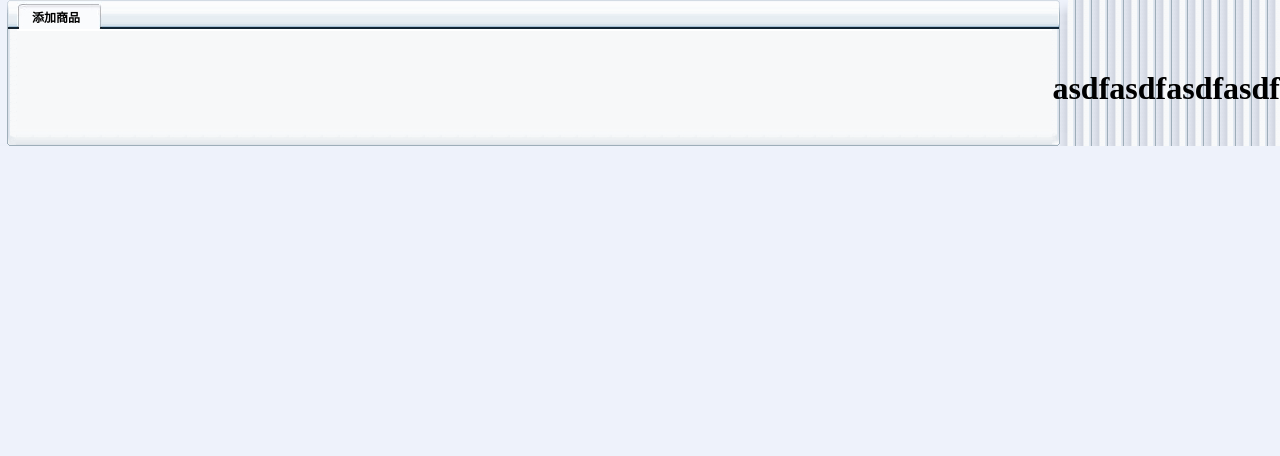
Repository: wzhcxw/shop
Page: ShopOnline/WebContent/admin/editor.html
An editor plug-in stored every save of this project. The page is shown before and after the next save, followed by the edit.
The browser window is 1280 px wide. The pictures show the whole page.

Above is the page before, as saved 2014-09-25 02:23:18.

### ShopOnline/WebContent/admin/editor.html
<link href="../admin/images/skin.css" rel="stylesheet" type="text/css" />
<meta http-equiv="Content-Type" content="text/html; charset=UTF-8" />
<head>
	<script src="../admin/js/ckeditor.js"></script>
	<script  src="../js/jquery-1.7.2.min.js"></script>
	<script  src="../js/jsbase64.js"></script>
	<script  src = "../js/json.js"></script>


	<script>
		var editor, html = '';
		function createEditor() {
			if ( editor ){
				return;
			}

			var config = {};
			editor = CKEDITOR.appendTo( 'editor', config, html );
			pase();
		}

		var editor11 = CKEDITOR.instances.editor;

		function postss(){
			var seconduiid = $("input[name='seconduiid']:checked").val();

			var uiid = $("input[name='whichpage']:checked").val();
	        var titleValue =document.getElementById("title").value;
	        var sortvalue =	document.getElementById("sort").value;
	        var base64 = new Base64();
	        var srccontent = base64.encode(editor.getData());
	        srccontent = srccontent.replace('+', '_');
	        srccontent = srccontent.replace('/', '-');

			var jsonStr = {seconduiid:seconduiid,sort:sortvalue,uiid:uiid,title:titleValue,content:srccontent};
			jsonStr = JSON.stringify(jsonStr);

			var  urll = "";
			if(document.getElementById("button").style.display == 'block'){
				urll = "./news/addnews.do";

			}else{

				urll = "./news/updatanews.do";
			}

		    $.post(urll,jsonStr,
		    function(data){
		      if(data.flag == "0"){
		      	alert(data.message);
		      	document.getElementById("button").style.display="block";
				document.getElementById("buttongengxin").style.display="none";

		      }

		    });

		}

		function urlpser(url){
			url = decodeURIComponent(url);

			var index = url.indexOf("?");
			if(index > 0){
				var jsonstr = url.substr(index+1);

				var news = JSON.parse(jsonstr);
				if(news.title!== null && news.title!=""){
					init(news);


				}
				document.getElementById("button").style.display="none";
				document.getElementById("buttongengxin").style.display="block";
			}
			else{
				document.getElementById("button").style.display="block";
				document.getElementById("buttongengxin").style.display="none";

			}



		}
		function init(news){
			var jsonStr = {seconduiid:"d",sort:"d",uiid:"d",title:news.title,content:"d"};
			jsonStr = JSON.stringify(jsonStr);
			$.post("./news/getnewsbytitle.do",jsonStr,
		    function(data){
		      if(data.flag == "0"){
			        var array = JSON.parse(data.datas);
					if(array.length > 0){

						document.getElementById("title").value = array[0].title;
						document.getElementById("sort").value = array[0].sort;
				        var base64 = new Base64();
				        var srccontent = array[0].content;

				        srccontent = srccontent.replace('_', '+');
	        			srccontent = srccontent.replace('-', '/');
	        			var srccontent = base64.decode(srccontent);

	        			editor.setData( srccontent );
					}
		      }

		    });


		}


		function pase(){
			urlpser(this.location.href);
		}

		function writeSecondMod(obj){
		if(obj.value == 'home')
   			document.getElementById("secondmod").innerHTML = '<body id = "secondemodd">二级模块：<input type="radio" name="seconduiid" value="newss" />新闻中心<input type="radio" name="seconduiid" value="sucessexamples" />成功案例</body>';
		else
			document.getElementById('secondmod').innerHTML = "";
		}
	</script>
</head>
<style type="text/css">
<!--
body {
margin-left: 0px;
margin-top: 0px;
margin-right: 0px;
margin-bottom: 0px;
background-color: #EEF2FB;
}
-->
</style>
<body>
<table width="100%" border="0" cellpadding="0" cellspacing="0">
<tr>
<td width="17" valign="top" background="../admin/images/mail_leftbg.gif"><img src="../admin/images/left-top-right.gif" width="17" height="29" /></td>
<td valign="top" background="../admin/images/content-bg.gif"><table width="100%" height="31" border="0" cellpadding="0" cellspacing="0" class="left_topbg" id="table2">
<tr>
<td height="31"><div class="titlebt">添加商品</div></td>
</tr>
</table></td>
<td width="16" valign="top" background="../admin/images/mail_rightbg.gif"><img src="../admin/images/nav-right-bg.gif" width="16" height="29" /></td>
</tr>


<tr>
<td valign="middle" background="../admin/images/mail_leftbg.gif">&nbsp;</td>
<td valign="top" bgcolor="#F7F8F9">&nbsp;</td>
<td background="../admin/images/mail_rightbg.gif">&nbsp;

<h1>asdfasdfasdfasdf</h1>


</td>
</tr>
<tr>
<td valign="bottom" background="../admin/images/mail_leftbg.gif"><img src="../admin/images/buttom_left2.gif" width="17" height="17" /></td>
<td background="../admin/images/buttom_bgs.gif"><img src="../admin/images/buttom_bgs.gif" width="17" height="17"></td>
<td valign="bottom" background="../admin/images/mail_rightbg.gif"><img src="../admin/images/buttom_right2.gif" width="16" height="17" /></td>
</tr>
</table>
</body>

### ShopOnline/WebContent/js/jsbase64.js
/**
 * base64 de   en,
 */

function Base64() {

    // private property
    _keyStr = "ABCDEFGHIJKLMNOPQRSTUVWXYZabcdefghijklmnopqrstuvwxyz0123456789+/=";

    // public method for encoding
    this.encode = function (input) {
        var output = "";
        var chr1, chr2, chr3, enc1, enc2, enc3, enc4;
        var i = 0;
        input = _utf8_encode(input);
        while (i < input.length) {
            chr1 = input.charCodeAt(i++);
            chr2 = input.charCodeAt(i++);
            chr3 = input.charCodeAt(i++);
            enc1 = chr1 >> 2;
            enc2 = ((chr1 & 3) << 4) | (chr2 >> 4);
            enc3 = ((chr2 & 15) << 2) | (chr3 >> 6);
            enc4 = chr3 & 63;
            if (isNaN(chr2)) {
                enc3 = enc4 = 64;
            } else if (isNaN(chr3)) {
                enc4 = 64;
            }
            output = output +
            _keyStr.charAt(enc1) + _keyStr.charAt(enc2) +
            _keyStr.charAt(enc3) + _keyStr.charAt(enc4);
        }

        return output;
    }

    // public method for decoding
    this.decode = function (input) {
        var output = "";
        var chr1, chr2, chr3;
        var enc1, enc2, enc3, enc4;
        var i = 0;
        input = input.replace(/[^A-Za-z0-9\+\/\=]/g, "");
        while (i < input.length) {
            enc1 = _keyStr.indexOf(input.charAt(i++));
            enc2 = _keyStr.indexOf(input.charAt(i++));
            enc3 = _keyStr.indexOf(input.charAt(i++));
            enc4 = _keyStr.indexOf(input.charAt(i++));
            chr1 = (enc1 << 2) | (enc2 >> 4);
            chr2 = ((enc2 & 15) << 4) | (enc3 >> 2);
            chr3 = ((enc3 & 3) << 6) | enc4;
            output = output + String.fromCharCode(chr1);
            if (enc3 != 64) {
                output = output + String.fromCharCode(chr2);
            }
            if (enc4 != 64) {
                output = output + String.fromCharCode(chr3);
            }
        }
        output = _utf8_decode(output);
        return output;
    }

    // private method for UTF-8 encoding
    _utf8_encode = function (string) {
        string = string.replace(/\r\n/g,"\n");
        var utftext = "";
        for (var n = 0; n < string.length; n++) {
            var c = string.charCodeAt(n);
            if (c < 128) {
                utftext += String.fromCharCode(c);
            } else if((c > 127) && (c < 2048)) {
                utftext += String.fromCharCode((c >> 6) | 192);
                utftext += String.fromCharCode((c & 63) | 128);
            } else {
                utftext += String.fromCharCode((c >> 12) | 224);
                utftext += String.fromCharCode(((c >> 6) & 63) | 128);
                utftext += String.fromCharCode((c & 63) | 128);
            }

        }
        return utftext;
    }

    // private method for UTF-8 decoding
    _utf8_decode = function (utftext) {
        var string = "";
        var i = 0;
        var c = c1 = c2 = 0;
        while ( i < utftext.length ) {
            c = utftext.charCodeAt(i);
            if (c < 128) {
                string += String.fromCharCode(c);
                i++;
            } else if((c > 191) && (c < 224)) {
                c2 = utftext.charCodeAt(i+1);
                string += String.fromCharCode(((c & 31) << 6) | (c2 & 63));
                i += 2;
            } else {
                c2 = utftext.charCodeAt(i+1);
                c3 = utftext.charCodeAt(i+2);
                string += String.fromCharCode(((c & 15) << 12) | ((c2 & 63) << 6) | (c3 & 63));
                i += 3;
            }
        }
        return string;
    }
}

### ShopOnline/WebContent/js/json.js
/**
 *
 */

/*
    json2.js
    2014-02-04

    Public Domain.

    NO WARRANTY EXPRESSED OR IMPLIED. USE AT YOUR OWN RISK.

    See http://www.JSON.org/js.html


    This code should be minified before deployment.
    See http://javascript.crockford.com/jsmin.html

    USE YOUR OWN COPY. IT IS EXTREMELY UNWISE TO LOAD CODE FROM SERVERS YOU DO
    NOT CONTROL.


    This file creates a global JSON object containing two methods: stringify
    and parse.

        JSON.stringify(value, replacer, space)
            value       any JavaScript value, usually an object or array.

            replacer    an optional parameter that determines how object
                        values are stringified for objects. It can be a
                        function or an array of strings.

            space       an optional parameter that specifies the indentation
                        of nested structures. If it is omitted, the text will
                        be packed without extra whitespace. If it is a number,
                        it will specify the number of spaces to indent at each
                        level. If it is a string (such as '\t' or '&nbsp;'),
                        it contains the characters used to indent at each level.

            This method produces a JSON text from a JavaScript value.

            When an object value is found, if the object contains a toJSON
            method, its toJSON method will be called and the result will be
            stringified. A toJSON method does not serialize: it returns the
            value represented by the name/value pair that should be serialized,
            or undefined if nothing should be serialized. The toJSON method
            will be passed the key associated with the value, and this will be
            bound to the value

            For example, this would serialize Dates as ISO strings.

                Date.prototype.toJSON = function (key) {
                    function f(n) {
                        // Format integers to have at least two digits.
                        return n < 10 ? '0' + n : n;
                    }

                    return this.getUTCFullYear()   + '-' +
                         f(this.getUTCMonth() + 1) + '-' +
                         f(this.getUTCDate())      + 'T' +
                         f(this.getUTCHours())     + ':' +
                         f(this.getUTCMinutes())   + ':' +
                         f(this.getUTCSeconds())   + 'Z';
                };

            You can provide an optional replacer method. It will be passed the
            key and value of each member, with this bound to the containing
            object. The value that is returned from your method will be
            serialized. If your method returns undefined, then the member will
            be excluded from the serialization.

            If the replacer parameter is an array of strings, then it will be
            used to select the members to be serialized. It filters the results
            such that only members with keys listed in the replacer array are
            stringified.

            Values that do not have JSON representations, such as undefined or
            functions, will not be serialized. Such values in objects will be
            dropped; in arrays they will be replaced with null. You can use
            a replacer function to replace those with JSON values.
            JSON.stringify(undefined) returns undefined.

            The optional space parameter produces a stringification of the
            value that is filled with line breaks and indentation to make it
            easier to read.

            If the space parameter is a non-empty string, then that string will
            be used for indentation. If the space parameter is a number, then
            the indentation will be that many spaces.

            Example:

            text = JSON.stringify(['e', {pluribus: 'unum'}]);
            // text is '["e",{"pluribus":"unum"}]'


            text = JSON.stringify(['e', {pluribus: 'unum'}], null, '\t');
            // text is '[\n\t"e",\n\t{\n\t\t"pluribus": "unum"\n\t}\n]'

            text = JSON.stringify([new Date()], function (key, value) {
                return this[key] instanceof Date ?
                    'Date(' + this[key] + ')' : value;
            });
            // text is '["Date(---current time---)"]'


        JSON.parse(text, reviver)
            This method parses a JSON text to produce an object or array.
            It can throw a SyntaxError exception.

            The optional reviver parameter is a function that can filter and
            transform the results. It receives each of the keys and values,
            and its return value is used instead of the original value.
            If it returns what it received, then the structure is not modified.
            If it returns undefined then the member is deleted.

            Example:

            // Parse the text. Values that look like ISO date strings will
            // be converted to Date objects.

            myData = JSON.parse(text, function (key, value) {
                var a;
                if (typeof value === 'string') {
                    a =
/^(\d{4})-(\d{2})-(\d{2})T(\d{2}):(\d{2}):(\d{2}(?:\.\d*)?)Z$/.exec(value);
                    if (a) {
                        return new Date(Date.UTC(+a[1], +a[2] - 1, +a[3], +a[4],
                            +a[5], +a[6]));
                    }
                }
                return value;
            });

            myData = JSON.parse('["Date(09/09/2001)"]', function (key, value) {
                var d;
                if (typeof value === 'string' &&
                        value.slice(0, 5) === 'Date(' &&
                        value.slice(-1) === ')') {
                    d = new Date(value.slice(5, -1));
                    if (d) {
                        return d;
                    }
                }
                return value;
            });


    This is a reference implementation. You are free to copy, modify, or
    redistribute.
*/

/*jslint evil: true, regexp: true */

/*members "", "\b", "\t", "\n", "\f", "\r", "\"", JSON, "\\", apply,
    call, charCodeAt, getUTCDate, getUTCFullYear, getUTCHours,
    getUTCMinutes, getUTCMonth, getUTCSeconds, hasOwnProperty, join,
    lastIndex, length, parse, prototype, push, replace, slice, stringify,
    test, toJSON, toString, valueOf
*/


// Create a JSON object only if one does not already exist. We create the
// methods in a closure to avoid creating global variables.

if (typeof JSON !== 'object') {
    JSON = {};
}

(function () {
    'use strict';

    function f(n) {
        // Format integers to have at least two digits.
        return n < 10 ? '0' + n : n;
    }

    if (typeof Date.prototype.toJSON !== 'function') {

        Date.prototype.toJSON = function () {

            return isFinite(this.valueOf())
                ? this.getUTCFullYear()     + '-' +
                    f(this.getUTCMonth() + 1) + '-' +
                    f(this.getUTCDate())      + 'T' +
                    f(this.getUTCHours())     + ':' +
                    f(this.getUTCMinutes())   + ':' +
                    f(this.getUTCSeconds())   + 'Z'
                : null;
        };

        String.prototype.toJSON      =
            Number.prototype.toJSON  =
            Boolean.prototype.toJSON = function () {
                return this.valueOf();
            };
    }

    var cx,
        escapable,
        gap,
        indent,
        meta,
        rep;


    function quote(string) {

// If the string contains no control characters, no quote characters, and no
// backslash characters, then we can safely slap some quotes around it.
// Otherwise we must also replace the offending characters with safe escape
// sequences.

        escapable.lastIndex = 0;
        return escapable.test(string) ? '"' + string.replace(escapable, function (a) {
            var c = meta[a];
            return typeof c === 'string'
                ? c
                : '\\u' + ('0000' + a.charCodeAt(0).toString(16)).slice(-4);
        }) + '"' : '"' + string + '"';
    }


    function str(key, holder) {

// Produce a string from holder[key].

        var i,          // The loop counter.
            k,          // The member key.
            v,          // The member value.
            length,
            mind = gap,
            partial,
            value = holder[key];

// If the value has a toJSON method, call it to obtain a replacement value.

        if (value && typeof value === 'object' &&
                typeof value.toJSON === 'function') {
            value = value.toJSON(key);
        }

// If we were called with a replacer function, then call the replacer to
// obtain a replacement value.

        if (typeof rep === 'function') {
            value = rep.call(holder, key, value);
        }

// What happens next depends on the value's type.

        switch (typeof value) {
        case 'string':
            return quote(value);

        case 'number':

// JSON numbers must be finite. Encode non-finite numbers as null.

            return isFinite(value) ? String(value) : 'null';

        case 'boolean':
        case 'null':

// If the value is a boolean or null, convert it to a string. Note:
// typeof null does not produce 'null'. The case is included here in
// the remote chance that this gets fixed someday.

            return String(value);

// If the type is 'object', we might be dealing with an object or an array or
// null.

        case 'object':

// Due to a specification blunder in ECMAScript, typeof null is 'object',
// so watch out for that case.

            if (!value) {
                return 'null';
            }

// Make an array to hold the partial results of stringifying this object value.

            gap += indent;
            partial = [];

// Is the value an array?

            if (Object.prototype.toString.apply(value) === '[object Array]') {

// The value is an array. Stringify every element. Use null as a placeholder
// for non-JSON values.

                length = value.length;
                for (i = 0; i < length; i += 1) {
                    partial[i] = str(i, value) || 'null';
                }

// Join all of the elements together, separated with commas, and wrap them in
// brackets.

                v = partial.length === 0
                    ? '[]'
                    : gap
                    ? '[\n' + gap + partial.join(',\n' + gap) + '\n' + mind + ']'
                    : '[' + partial.join(',') + ']';
                gap = mind;
                return v;
            }

// If the replacer is an array, use it to select the members to be stringified.

            if (rep && typeof rep === 'object') {
                length = rep.length;
                for (i = 0; i < length; i += 1) {
                    if (typeof rep[i] === 'string') {
                        k = rep[i];
                        v = str(k, value);
                        if (v) {
                            partial.push(quote(k) + (gap ? ': ' : ':') + v);
                        }
                    }
                }
            } else {

// Otherwise, iterate through all of the keys in the object.

                for (k in value) {
                    if (Object.prototype.hasOwnProperty.call(value, k)) {
                        v = str(k, value);
                        if (v) {
                            partial.push(quote(k) + (gap ? ': ' : ':') + v);
                        }
                    }
                }
            }

// Join all of the member texts together, separated with commas,
// and wrap them in braces.

            v = partial.length === 0
                ? '{}'
                : gap
                ? '{\n' + gap + partial.join(',\n' + gap) + '\n' + mind + '}'
                : '{' + partial.join(',') + '}';
            gap = mind;
            return v;
        }
    }

// If the JSON object does not yet have a stringify method, give it one.

    if (typeof JSON.stringify !== 'function') {
        escapable = /[\\\"\x00-\x1f\x7f-\x9f\u00ad\u0600-\u0604\u070f\u17b4\u17b5\u200c-\u200f\u2028-\u202f\u2060-\u206f\ufeff\ufff0-\uffff]/g;
        meta = {    // table of character substitutions
            '\b': '\\b',
            '\t': '\\t',
            '\n': '\\n',
            '\f': '\\f',
            '\r': '\\r',
            '"' : '\\"',
            '\\': '\\\\'
        };
        JSON.stringify = function (value, replacer, space) {

// The stringify method takes a value and an optional replacer, and an optional
// space parameter, and returns a JSON text. The replacer can be a function
// that can replace values, or an array of strings that will select the keys.
// A default replacer method can be provided. Use of the space parameter can
// produce text that is more easily readable.

            var i;
            gap = '';
            indent = '';

// If the space parameter is a number, make an indent string containing that
// many spaces.

            if (typeof space === 'number') {
                for (i = 0; i < space; i += 1) {
                    indent += ' ';
                }

// If the space parameter is a string, it will be used as the indent string.

            } else if (typeof space === 'string') {
                indent = space;
            }

// If there is a replacer, it must be a function or an array.
// Otherwise, throw an error.

            rep = replacer;
            if (replacer && typeof replacer !== 'function' &&
                    (typeof replacer !== 'object' ||
                    typeof replacer.length !== 'number')) {
                throw new Error('JSON.stringify');
            }

// Make a fake root object containing our value under the key of ''.
// Return the result of stringifying the value.

            return str('', {'': value});
        };
    }


// If the JSON object does not yet have a parse method, give it one.

    if (typeof JSON.parse !== 'function') {
        cx = /[\u0000\u00ad\u0600-\u0604\u070f\u17b4\u17b5\u200c-\u200f\u2028-\u202f\u2060-\u206f\ufeff\ufff0-\uffff]/g;
        JSON.parse = function (text, reviver) {

// The parse method takes a text and an optional reviver function, and returns
// a JavaScript value if the text is a valid JSON text.

            var j;

            function walk(holder, key) {

// The walk method is used to recursively walk the resulting structure so
// that modifications can be made.

                var k, v, value = holder[key];
                if (value && typeof value === 'object') {
                    for (k in value) {
                        if (Object.prototype.hasOwnProperty.call(value, k)) {
                            v = walk(value, k);
                            if (v !== undefined) {
                                value[k] = v;
                            } else {
                                delete value[k];
                            }
                        }
                    }
                }
                return reviver.call(holder, key, value);
            }


// Parsing happens in four stages. In the first stage, we replace certain
// Unicode characters with escape sequences. JavaScript handles many characters
// incorrectly, either silently deleting them, or treating them as line endings.

            text = String(text);
            cx.lastIndex = 0;
            if (cx.test(text)) {
                text = text.replace(cx, function (a) {
                    return '\\u' +
                        ('0000' + a.charCodeAt(0).toString(16)).slice(-4);
                });
            }

// In the second stage, we run the text against regular expressions that look
// for non-JSON patterns. We are especially concerned with '()' and 'new'
// because they can cause invocation, and '=' because it can cause mutation.
// But just to be safe, we want to reject all unexpected forms.

// We split the second stage into 4 regexp operations in order to work around
// crippling inefficiencies in IE's and Safari's regexp engines. First we
// replace the JSON backslash pairs with '@' (a non-JSON character). Second, we
// replace all simple value tokens with ']' characters. Third, we delete all
// open brackets that follow a colon or comma or that begin the text. Finally,
// we look to see that the remaining characters are only whitespace or ']' or
// ',' or ':' or '{' or '}'. If that is so, then the text is safe for eval.

            if (/^[\],:{}\s]*$/
                    .test(text.replace(/\\(?:["\\\/bfnrt]|u[0-9a-fA-F]{4})/g, '@')
                        .replace(/"[^"\\\n\r]*"|true|false|null|-?\d+(?:\.\d*)?(?:[eE][+\-]?\d+)?/g, ']')
                        .replace(/(?:^|:|,)(?:\s*\[)+/g, ''))) {

// In the third stage we use the eval function to compile the text into a
// JavaScript structure. The '{' operator is subject to a syntactic ambiguity
// in JavaScript: it can begin a block or an object literal. We wrap the text
// in parens to eliminate the ambiguity.

                j = eval('(' + text + ')');

// In the optional fourth stage, we recursively walk the new structure, passing
// each name/value pair to a reviver function for possible transformation.

                return typeof reviver === 'function'
                    ? walk({'': j}, '')
                    : j;
            }

// If the text is not JSON parseable, then a SyntaxError is thrown.

            throw new SyntaxError('JSON.parse');
        };
    }
}());

Loaded but not shown: ShopOnline/WebContent/admin/images/skin.css (common file); ShopOnline/WebContent/admin/js/ckeditor.js (library); ShopOnline/WebContent/js/jquery-1.7.2.min.js (library)

After the next save:
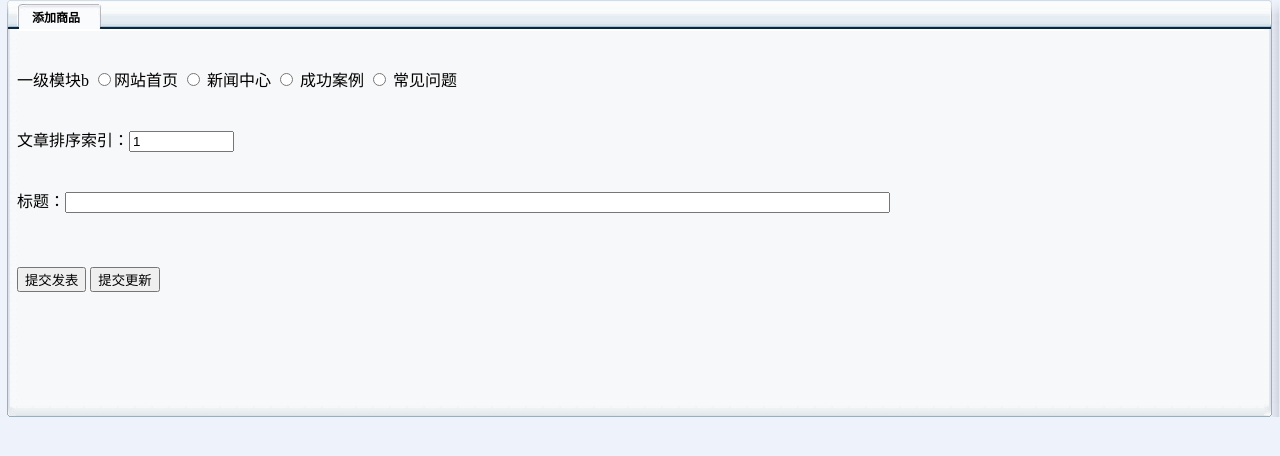
Saved 39 s later.
--- a/ShopOnline/WebContent/admin/editor.html
+++ b/ShopOnline/WebContent/admin/editor.html
@@ -148,10 +148,48 @@
 
 <tr>
 <td valign="middle" background="../admin/images/mail_leftbg.gif">&nbsp;</td>
-<td valign="top" bgcolor="#F7F8F9">&nbsp;</td>
+<td valign="top" bgcolor="#F7F8F9">&nbsp;
+
+
+ 	<br>
+	<br>
+	一级模块b
+	<input type="radio" onclick="writeSecondMod(this)" name="whichpage" value="home" />网站首页
+	<input type="radio" onclick="writeSecondMod(this)" name="whichpage" value="news" /> 新闻中心
+	<input type="radio" onclick="writeSecondMod(this)" name="whichpage" value="sucessexample" /> 成功案例
+	<input type="radio" onclick="writeSecondMod(this)" name="whichpage" value="ofquestion" /> 常见问题
+	<br/>
+
+	<div id="secondmod"> </div>
+		<br/>
+		文章排序索引：<input id="sort" value="1" size="10" type="text"><br>
+	<br>
+	<br/>
+		标题：<input id="title"  size="100" type="text"><br>
+	<br>
+	<br>
+		<div id="editor">
+		</div><br>
+	<!-- This div will hold the editor. -->
+
+		<button size="20" type=hidden onclick="postss()" id="button">提交发表</button>
+		<button size="20" type=hidden onclick="postss()" id="buttongengxin">提交更新</button>
+	<br>
+	<br>
+	<br>
+	<br/>
+	<br/>
+	<br/>
+	<br>
+	<h1></h1>
+
+
+
+
+
+
+</td>
 <td background="../admin/images/mail_rightbg.gif">&nbsp;
-
-<h1>asdfasdfasdfasdf</h1>
 
 
 </td>
